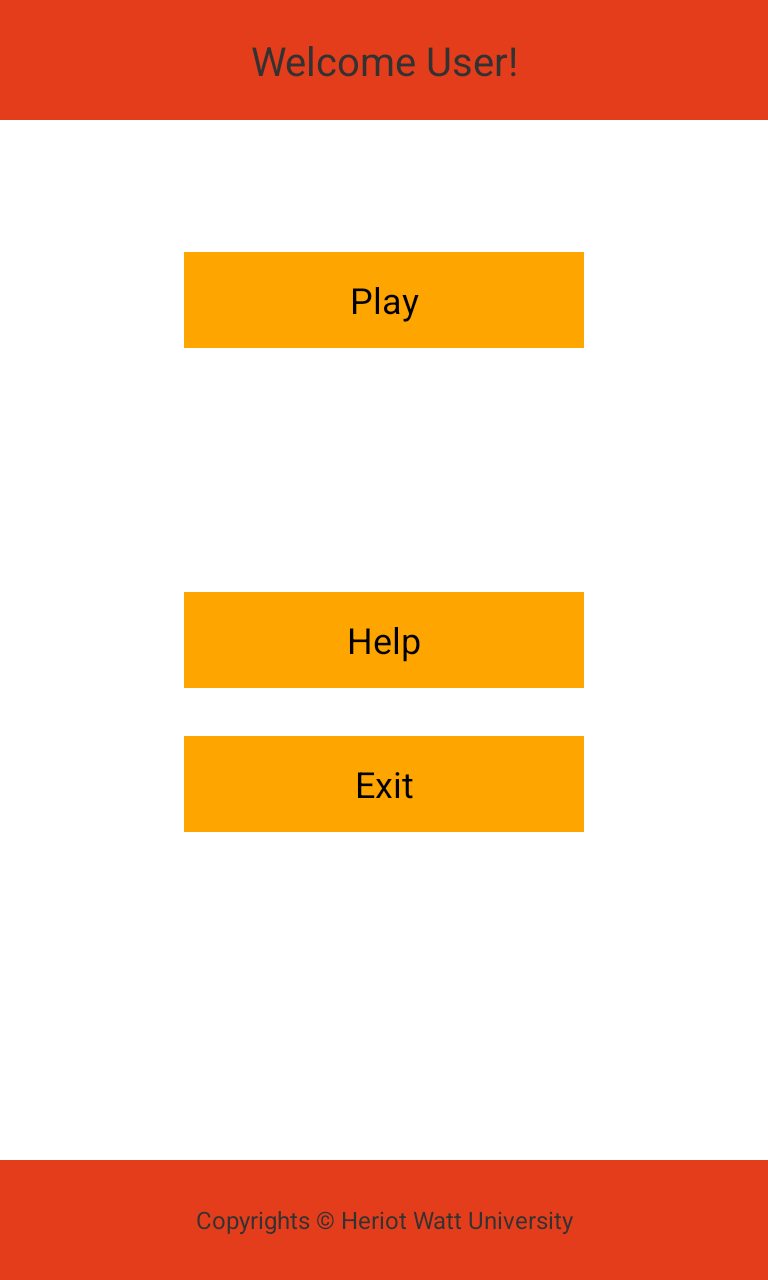
Repository: nidafarooqui/Trading-Game-Version-3
Layout: TaikunServer/res/layout/activity_welcome_screen.xml
The author's editor kept a copy of each file at every save. The layout is drawn from the files as they stood at one save, then again after the next save.
It is drawn on a 768 x 1280 px phone screen (xhdpi) without system bars, with theme AppTheme; the app's code is not run.

Above is the layout before, as saved 2014-08-17 00:21:30.

### TaikunServer/res/layout/activity_welcome_screen.xml
<RelativeLayout xmlns:android="http://schemas.android.com/apk/res/android"
    xmlns:tools="http://schemas.android.com/tools"
    android:id="@+id/welcome_text"
    android:layout_width="match_parent"
    android:layout_height="match_parent"
    tools:context="${relativePackage}.${activityClass}" >

    <TextView
        android:id="@+id/welcome_textView"
        android:layout_width="match_parent"
        android:layout_height="60dp"
        android:layout_centerHorizontal="true"
        android:background="@color/orrange"
        android:gravity="center_horizontal|center_vertical"
        android:text="Welcome User!"
        android:textSize="20sp" />

    <Button
        android:id="@+id/buttonExit"
        android:layout_width="200dp"
        android:layout_height="wrap_content"
        android:layout_alignLeft="@+id/buttonHelp"
        android:layout_below="@+id/buttonHelp"
        android:layout_marginTop="24dp"
        android:background="@color/orange"
        android:text="Exit" />

    <TextView
        android:id="@+id/textView1"
        android:layout_width="match_parent"
        android:layout_height="60dp"
        android:layout_alignParentBottom="true"
        android:layout_alignParentLeft="true"
        android:background="@color/orrange"
        android:gravity="center_horizontal|center_vertical"
        android:text="Copyrights © Heriot Watt University"
        android:textSize="12sp" />

    <Button
        android:id="@+id/buttonStartGame"
        android:layout_width="200dp"
        android:layout_height="wrap_content"
        android:layout_below="@+id/welcome_textView"
        android:layout_centerHorizontal="true"
        android:layout_marginTop="66dp"
        android:background="@color/orange"
        android:text="Play" />

    <Button
        android:id="@+id/buttonHelp"
        android:layout_width="200dp"
        android:layout_height="wrap_content"
        android:layout_alignLeft="@+id/buttonStartGame"
        android:layout_centerVertical="true"
        android:background="@color/orange"
        android:text="Help" />

</RelativeLayout>

### TaikunServer/res/values/colours.xml
<?xml version="1.0" encoding="utf-8"?>
<resources>

    <color name="white">#FFFFFF</color>
    <color name="black">#000000</color>
    <color name="symptom_color_selected">#003366</color>
    <color name="reaction_color_selected">#003366</color>
    <color name="static_text_color">#003366</color>
    <color name="journal_entry_listitem_text_color">#003366</color>
    <color name="note_text_disabled">#333333</color>
    <color name="sky">#0099CC</color>
    <color name="lightgray">#e7e7e7</color>
      <color name="lightgray02">#bfbfbf</color>
    <color name="dark">#000015</color>
    <color name="lightgreen">#336666</color>
    <color name="orrange">#e33d1b</color>
    <color name="darkorrange">#cc2303</color>


 <color name="ivory">#FFFFF0</color>
 <color name="lightYellow">#FFFFE0</color>
 <color name="snow">#FFFAFA</color>
 <color name="floralWhite">#FFFAF0</color>
 <color name="lemonChiffon">#FFFACD</color>
 <color name="cornsilk">#FFF8DC</color>
 <color name="seashell">#FFF5EE</color>
 <color name="lavenderBlush">#FFF0F5</color>
 <color name="papayaWhip">#FFEFD5</color>
 <color name="blanchedAlmond">#FFEBCD</color>
 <color name="mistyRose">#FFE4E1</color>
 <color name="bisque">#FFE4C4</color>
 <color name="moccasin">#FFE4B5</color>
 <color name="navajoWhite">#FFDEAD</color>
 <color name="peachPuff">#FFDAB9</color>
 <color name="gold">#FFD700</color>
 <color name="pink">#FFC0CB</color>
 <color name="lightPink">#FFB6C1</color>
 <color name="orange">#FFA500</color>
 <color name="lightSalmon">#FFA07A</color>
 <color name="darkOrange">#FF8C00</color>
 <color name="coral">#FF7F50</color>
 <color name="hotPink">#FF69B4</color>
 <color name="tomato">#FF6347</color>
 <color name="orangeRed">#FF4500</color>
 <color name="deepPink">#FF1493</color>
 <color name="fuchsia">#FF00FF</color>
 <color name="magenta">#FF00FF</color>
 <color name="red">#FF0000</color>
 <color name="oldLace">#FDF5E6</color>
 <color name="lightGoldenrodYellow">#FAFAD2</color>
 <color name="linen">#FAF0E6</color>
 <color name="antiqueWhite">#FAEBD7</color>
 <color name="salmon">#FA8072</color>
 <color name="ghostWhite">#F8F8FF</color>
 <color name="mintCream">#F5FFFA</color>
 <color name="whiteSmoke">#F5F5F5</color>
 <color name="beige">#F5F5DC</color>
 <color name="wheat">#F5DEB3</color>
 <color name="sandyBrown">#F4A460</color>
 <color name="azure">#F0FFFF</color>
 <color name="honeydew">#F0FFF0</color>
 <color name="aliceBlue">#F0F8FF</color>
 <color name="khaki">#F0E68C</color>
 <color name="lightCoral">#F08080</color>
 <color name="paleGoldenrod">#EEE8AA</color>
 <color name="violet">#EE82EE</color>
 <color name="darkSalmon">#E9967A</color>
 <color name="lavender">#E6E6FA</color>
 <color name="lightCyan">#E0FFFF</color>
 <color name="burlyWood">#DEB887</color>
 <color name="plum">#DDA0DD</color>
 <color name="gainsboro">#DCDCDC</color>
 <color name="crimson">#DC143C</color>
 <color name="paleVioletRed">#DB7093</color>
 <color name="goldenrod">#DAA520</color>
 <color name="orchid">#DA70D6</color>
 <color name="thistle">#D8BFD8</color>
 <color name="lightGrey">#D3D3D3</color>
 <color name="tan">#D2B48C</color>
 <color name="chocolate">#D2691E</color>
 <color name="peru">#CD853F</color>
 <color name="indianRed">#CD5C5C</color>
 <color name="mediumVioletRed">#C71585</color>
 <color name="silver">#C0C0C0</color>
 <color name="darkKhaki">#BDB76B</color>
 <color name="rosyBrown">#BC8F8F</color>
 <color name="mediumOrchid">#BA55D3</color>
 <color name="darkGoldenrod">#B8860B</color>
 <color name="fireBrick">#B22222</color>
 <color name="powderBlue">#B0E0E6</color>
 <color name="lightSteelBlue">#B0C4DE</color>
 <color name="paleTurquoise">#AFEEEE</color>
 <color name="greenYellow">#ADFF2F</color>
 <color name="lightBlue">#ADD8E6</color>
 <color name="darkGray">#A9A9A9</color>
 <color name="brown">#A52A2A</color>
 <color name="sienna">#A0522D</color>
 <color name="yellowGreen">#9ACD32</color>
 <color name="darkOrchid">#9932CC</color>
 <color name="paleGreen">#98FB98</color>
 <color name="darkViolet">#9400D3</color>
 <color name="mediumPurple">#9370DB</color>
 <color name="lightGreen">#90EE90</color>
 <color name="darkSeaGreen">#8FBC8F</color>
 <color name="saddleBrown">#8B4513</color>
 <color name="darkMagenta">#8B008B</color>
 <color name="darkRed">#8B0000</color>
 <color name="blueViolet">#8A2BE2</color>
 <color name="lightSkyBlue">#87CEFA</color>
 <color name="skyBlue">#87CEEB</color>
 <color name="gray">#808080</color>
 <color name="olive">#808000</color>
 <color name="purple">#800080</color>
 <color name="maroon">#800000</color>
 <color name="aquamarine">#7FFFD4</color>
 <color name="chartreuse">#7FFF00</color>
 <color name="lawnGreen">#7CFC00</color>
 <color name="mediumSlateBlue">#7B68EE</color>
 <color name="lightSlateGray">#778899</color>
 <color name="slateGray">#708090</color>
 <color name="oliveDrab">#6B8E23</color>
 <color name="slateBlue">#6A5ACD</color>
 <color name="dimGray">#696969</color>
 <color name="mediumAquamarine">#66CDAA</color>
 <color name="cornflowerBlue">#6495ED</color>
 <color name="cadetBlue">#5F9EA0</color>
 <color name="darkOliveGreen">#556B2F</color>
 <color name="indigo">#4B0082</color>
 <color name="mediumTurquoise">#48D1CC</color>
 <color name="darkSlateBlue">#483D8B</color>
 <color name="steelBlue">#4682B4</color>
 <color name="royalBlue">#4169E1</color>
 <color name="turquoise">#40E0D0</color>
 <color name="mediumSeaGreen">#3CB371</color>
 <color name="limeGreen">#32CD32</color>
 <color name="darkSlateGray">#2F4F4F</color>
 <color name="seaGreen">#2E8B57</color>
 <color name="forestGreen">#228B22</color>
 <color name="lightSeaGreen">#20B2AA</color>
 <color name="dodgerBlue">#1E90FF</color>
 <color name="midnightBlue">#191970</color>
 <color name="aqua">#00FFFF</color>
 <color name="cyan">#00FFFF</color>
 <color name="springGreen">#00FF7F</color>
 <color name="lime">#00FF00</color>
 <color name="mediumSpringGreen">#00FA9A</color>
 <color name="darkTurquoise">#00CED1</color>
 <color name="deepSkyBlue">#00BFFF</color>
 <color name="darkCyan">#008B8B</color>
 <color name="teal">#008080</color>
 <color name="green">#008000</color>
 <color name="darkGreen">#006400</color>
 <color name="blue">#0000FF</color>
 <color name="mediumBlue">#0000CD</color>
 <color name="darkBlue">#00008B</color>
 <color name="navy">#000080</color>

</resources>

Loaded but not shown: TaikunServer/res/values/styles.xml (common file); TaikunServer/res/values-v11/styles.xml (common file); TaikunServer/res/values-v14/styles.xml (common file)

After the next save:
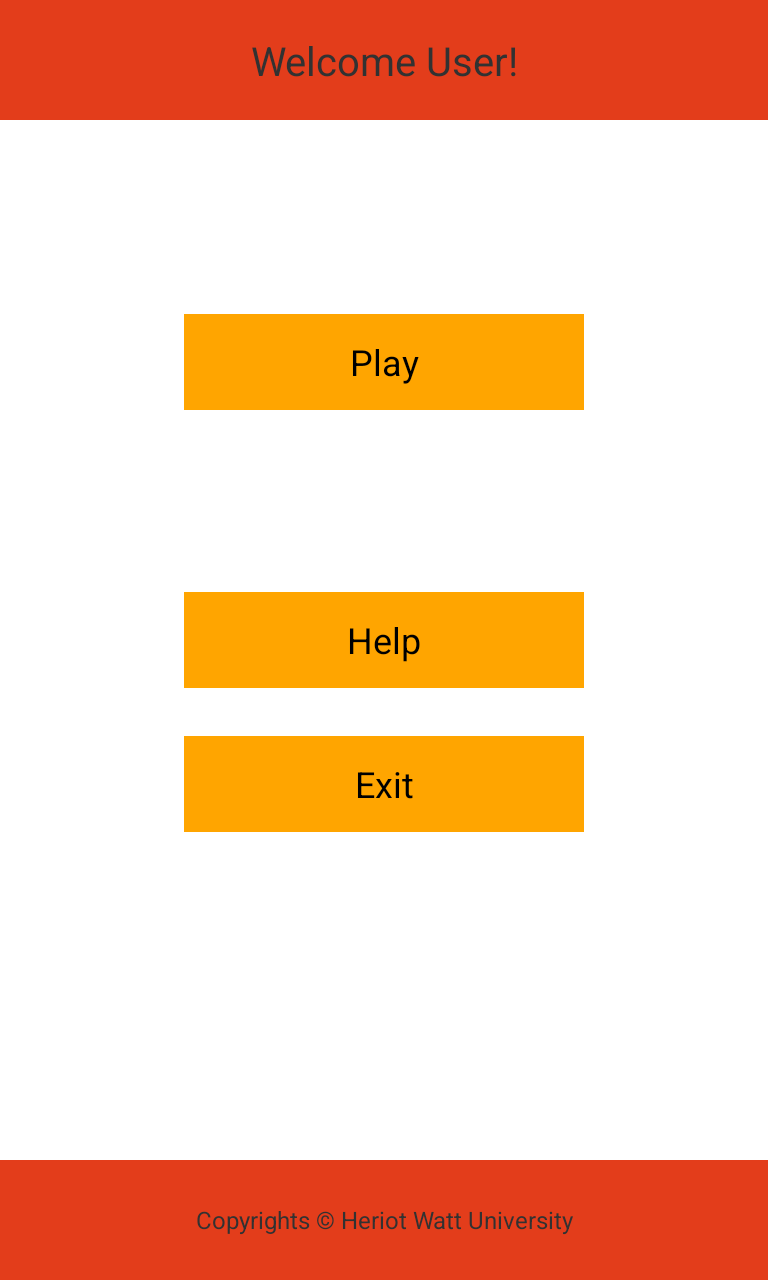
Saved 27 s later.
--- a/TaikunServer/res/layout/activity_welcome_screen.xml
+++ b/TaikunServer/res/layout/activity_welcome_screen.xml
@@ -42,7 +42,7 @@
         android:layout_height="wrap_content"
         android:layout_below="@+id/welcome_textView"
         android:layout_centerHorizontal="true"
-        android:layout_marginTop="66dp"
+        android:layout_marginTop="97dp"
         android:background="@color/orange"
         android:text="Play" />
 
